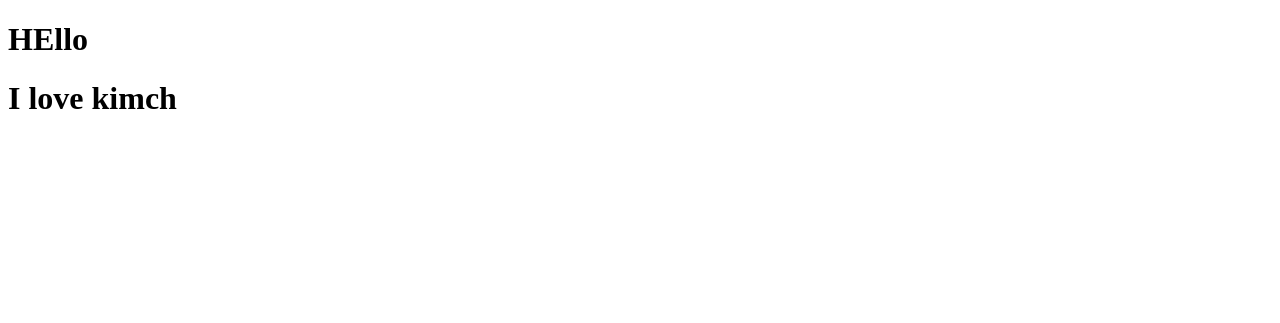
Repository: podonge/first_app
Page: /
The author's editor kept a copy of each file at every save. The page is drawn from the files as they stood at one save, then again after the next save.
The browser window is 1280 px wide. The pictures show the whole page.
The project was rebuilt for these pictures with package versions that can differ from the ones it lists, and the page was loaded fresh each time.

Above is the page before, as saved 2023-01-01 19:48:00.

After the next save:
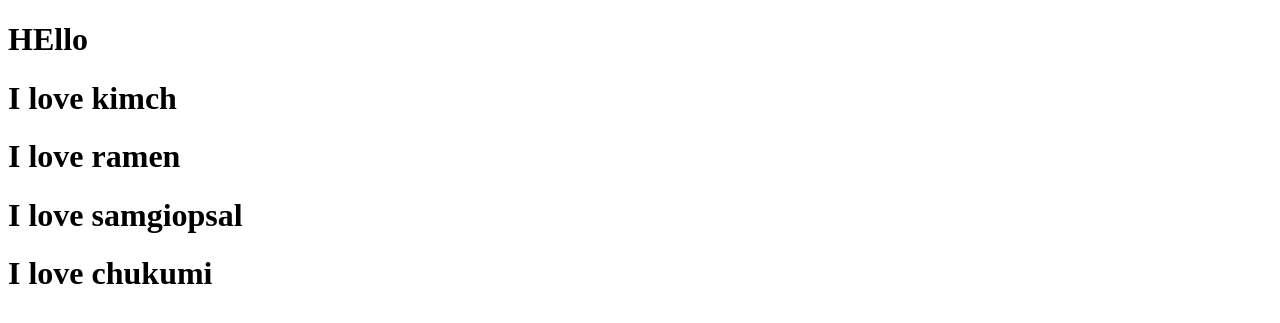
Saved 5 min 39 s later.
--- a/src/App.js
+++ b/src/App.js
@@ -10,6 +10,9 @@
     <div>
       <h1>HEllo</h1>
       <Food fav="kimch"/>
+      <Food fav="ramen"/>
+      <Food fav="samgiopsal"/>
+      <Food fav="chukumi"/>
     </div>
   );
 }

After the 3 saves that followed:
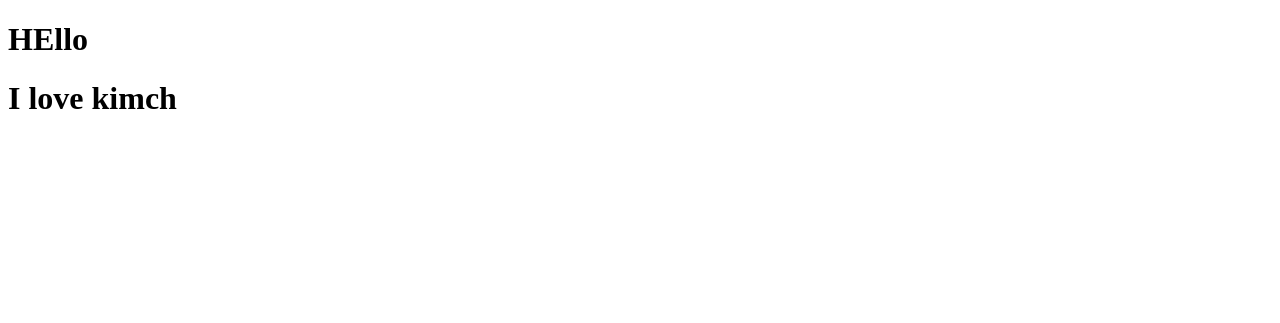
The 3 saves are shown as one change because 1 left the picture as it was and some came seconds apart.
The last was saved 5 min 2 s later.
--- a/src/App.js
+++ b/src/App.js
@@ -1,18 +1,17 @@
 import React from "react";
 
-function Food(props){
-  console.log(props);
-  return <h1>I love {props.fav}</h1>
+function Food({fav}){
+  return <h1>I love {fav}</h1>
 }
+
+const foodLike = [];
+
 
 function App() {
   return (
     <div>
       <h1>HEllo</h1>
       <Food fav="kimch"/>
-      <Food fav="ramen"/>
-      <Food fav="samgiopsal"/>
-      <Food fav="chukumi"/>
     </div>
   );
 }
